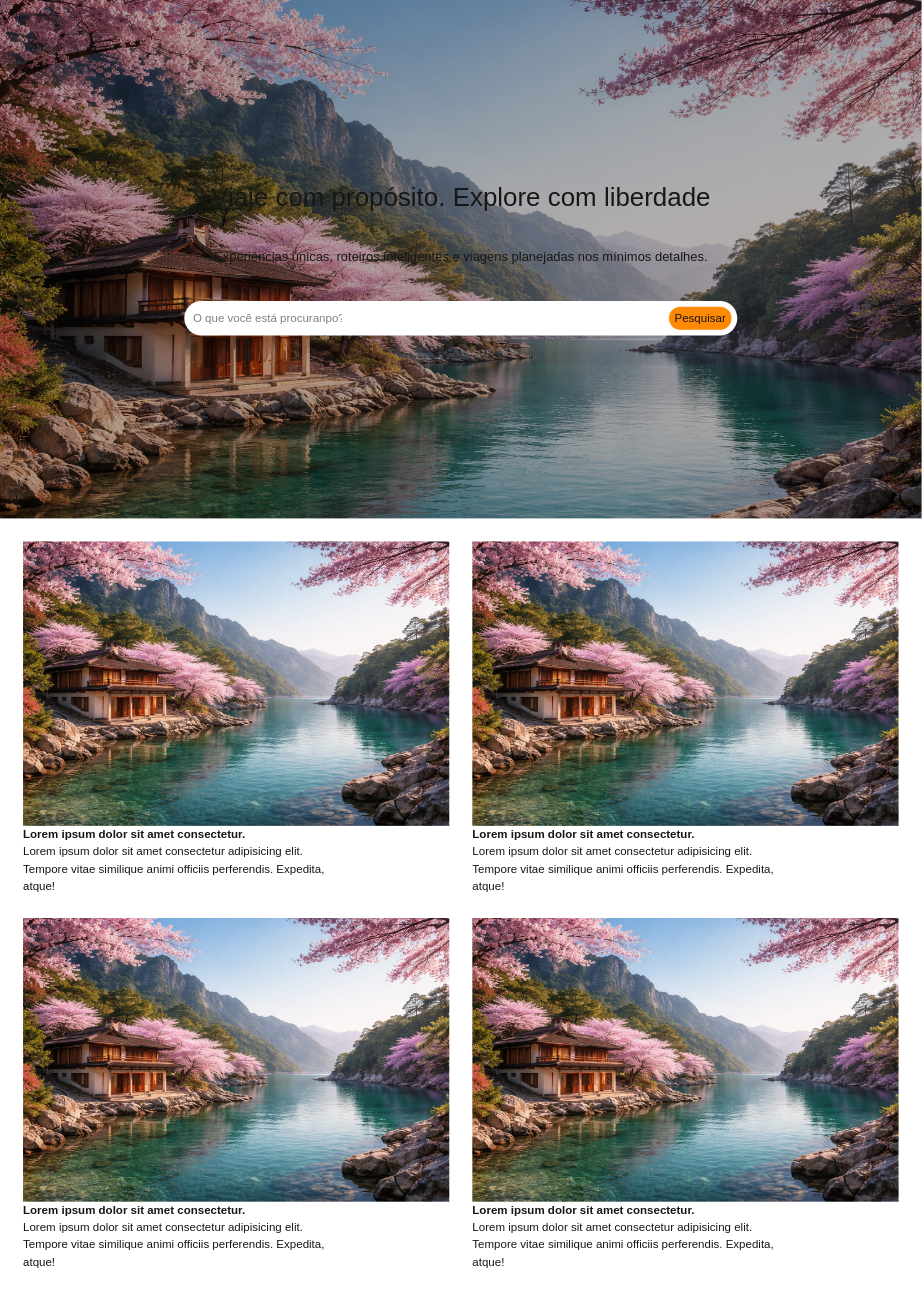
Repository: pedroantoniosi/tripicon-site
Page: /home
These files come from the project's save history. The page is drawn as it stood at one moment and after the next save; the edit follows.
The browser window is 1280 px wide. The pictures show the whole page, at 72% of full size.
The project was rebuilt for these pictures with package versions that can differ from the ones it lists, and the page was loaded fresh each time. The framework's server and built-in components were replaced by stand-ins that run in the browser. Also part of the build but not shown: next.config.ts.

Above is the page before, as saved 2026-04-01 13:23:10.

### src/app/layout.tsx
import type { Metadata } from "next";
import { Geist, Geist_Mono } from "next/font/google";
import "./globals.css";

const geistSans = Geist({
  variable: "--font-geist-sans",
  subsets: ["latin"],
});

const geistMono = Geist_Mono({
  variable: "--font-geist-mono",
  subsets: ["latin"],
});

export const metadata: Metadata = {
  title: "Create Next App",
  description: "Generated by create next app",
};

export default function RootLayout({
  children,
}: Readonly<{
  children: React.ReactNode;
}>) {
  return (
    <html
      lang="en"
      className={`${geistSans.variable} ${geistMono.variable} h-full antialiased`}
    >
      <body className="min-h-full flex flex-col">{children}</body>
    </html>
  );
}

### src/app/home/page.tsx
import styles from "./page.module.css";
import Searchbar from "@/components/searchbar/searchbar";

export default function Home() {
  return (
    <>
      <div className={styles.heroContainer}>
        <div className={`${styles.heroCaption} col gap-2`}>
          <h1 className="text-4xl  text-center">
            {" "}
            Viaje com propósito. Explore com liberdade
          </h1>
          <p className="text-lg text-center m-[3rem]">
            Experiências únicas, roteiros inteligentes e viagens planejadas nos
            mínimos detalhes.
          </p>
          <Searchbar />
        </div>
      </div>
      <div className="grid grid-cols-1 md:grid-cols-2  gap-[2rem] p-[2rem]">
        {Array.from({ length: 4 }).map((_, index) => (
          <div key={index} className="card">
            <img src="/images/banner.png" alt="" />
            <div className="caption">
              <h2 className="font-bold font">
                Lorem ipsum dolor sit amet consectetur.
              </h2>
              <p className="max-w-[450px]">
                Lorem ipsum dolor sit amet consectetur adipisicing elit. Tempore
                vitae similique animi officiis perferendis. Expedita, atque!
              </p>
            </div>
          </div>
        ))}
      </div>
    </>
  );
}

### src/app/globals.css
@import "tailwindcss";
@tailwind base;
@tailwind components;
@tailwind utilities;

:root {
  --background: #ffffff;
  --foreground: #171717;
  --primaryColor: #
}

@media (prefers-color-scheme: dark) {
  :root {
    --background: #0a0a0a;
    --foreground: #ededed;
  }
}

body {
  background: var(--background);
  color: var(--foreground);
  font-family: Arial, Helvetica, sans-serif;
}

### src/app/home/page.module.css
.heroContainer {
    padding: 1rem;
    position: relative;
    display: grid;
    place-items: center;
    z-index: 1;
    min-height: 50svh;

    &::after {
        content: ' ';
        position: absolute;
        width: 100%;
        height: 100%;
        left: 0;
        bottom: 0;
        background-image: url('/images/banner.png');
        background-size: cover;
        z-index: -1;
        filter: brightness(70%);
    }

    & .heroTitle {
        max-width: 1024px;
        text-align: center;
    }
}


@media (min-width: 1024px) {
    .heroContainer {
        padding: 2rem;
        min-height: 100vh;
    }

    .heroContainer .heroTitle {
        max-width: 1200px;
    }
}

### src/components/searchbar/searchbar.tsx
export default function searchbar() {
  return (
    <>
      <div className="p-[.5rem] bg-white rounded-full flex justify-between m-auto max-w-[768px]">
        <input
          className="p-1 text-black outline-none border-none"
          type="text"
          placeholder="O que você está procuranpo?"
        />
        <button className="bg-orange-400 px-2 rounded-full">Pesquisar</button>
      </div>
    </>
  );
}

After the next save:
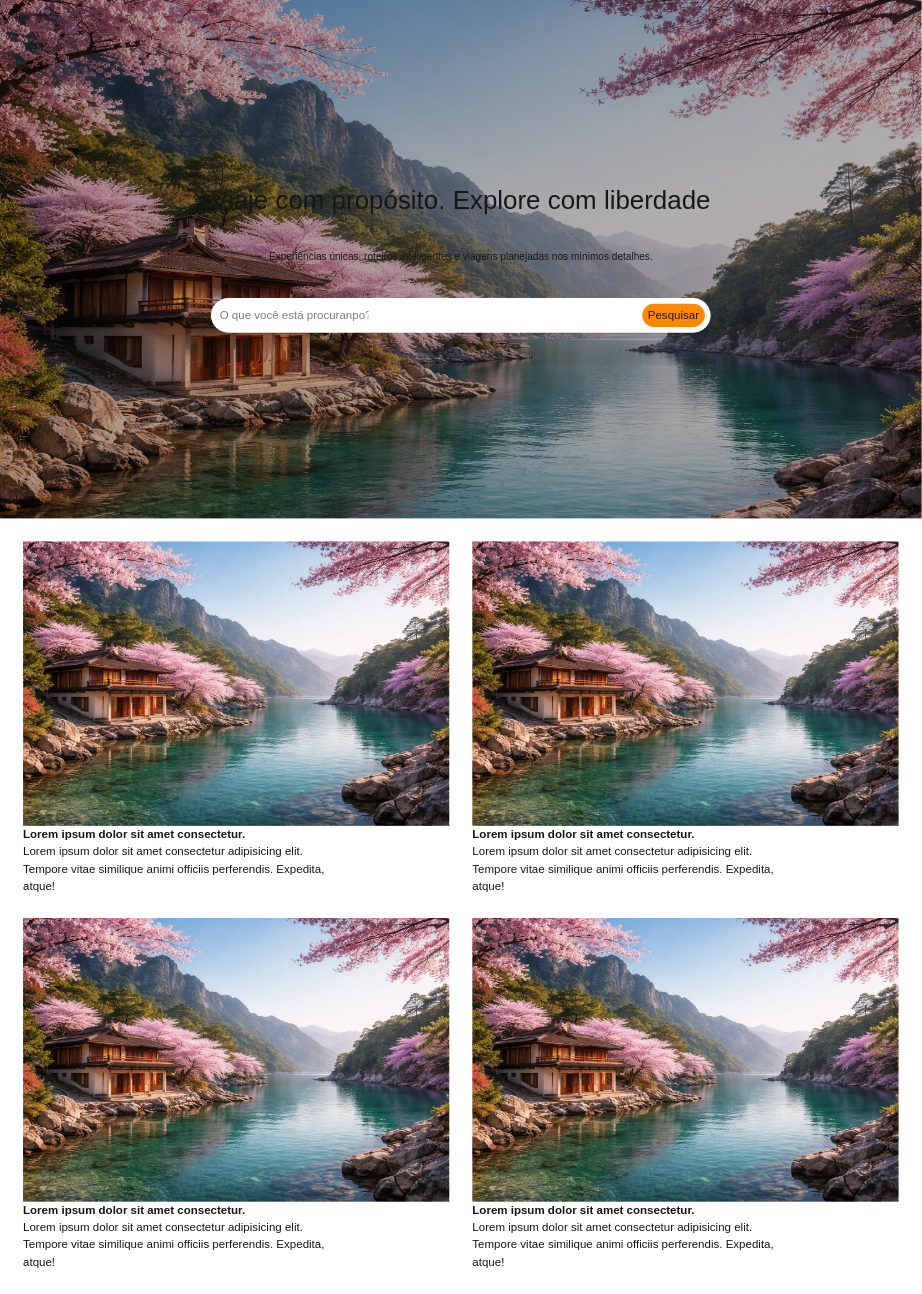
Saved 4 s later.
--- a/src/app/home/page.tsx
+++ b/src/app/home/page.tsx
@@ -10,7 +10,7 @@ export default function Home() {
             {" "}
             Viaje com propósito. Explore com liberdade
           </h1>
-          <p className="text-lg text-center m-[3rem]">
+          <p className="text-sm text-center m-[3rem]">
             Experiências únicas, roteiros inteligentes e viagens planejadas nos
             mínimos detalhes.
           </p>
